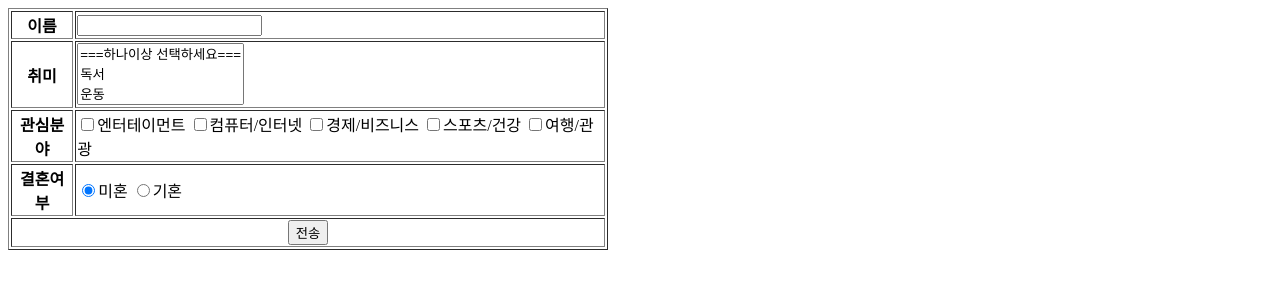
Repository: jeong3/Real_Time_Date
Page: http://localhost/jspRequest/getMethod1.jsp
The author's editor kept a copy of each file at every save. The page is drawn from the files as they stood at one save, then again after the next save.
The browser window is 1280 px wide. The pictures show the whole page.
The page is served by Tomcat 9.

Above is the page before, as saved 2024-08-30 06:22:20.

### eclipse/eclipse-workspace/jspRequest/src/main/webapp/getMethod1.jsp
<%@ page language="java" contentType="text/html; charset=UTF-8"
	pageEncoding="UTF-8"%>
<!DOCTYPE html>
<html>
<head>
<meta charset="UTF-8">
<title>Insert title here</title>
</head>
<body>
	<form action="requestValues.jsp" method="get">
		<table border="1" width="600px">
			<tr>
				<th>이름</th>
				<td><input type="text" name="userName" /></td>
			</tr>
			<tr>
				<th>취미</th>
				<td><select name="item" multiple="multiple" size="3">
						<option>===하나이상 선택하세요===</option>
						<option>독서</option>
						<option>운동</option>
						<option>음악</option>
						<option>바둑</option>

				</select></td>
			</tr>
			<tr>
				<th>관심분야</th>
				<td><input type="checkbox" name="cp" value="엔터테이먼트">엔터테이먼트
					<input type="checkbox" name="cp" value="컴퓨터/인터넷">컴퓨터/인터넷 <input
					type="checkbox" name="cp" value="경제/비즈니스">경제/비즈니스 <input
					type="checkbox" name="cp" value="스포츠/건강">스포츠/건강 <input
					type="checkbox" name="cp" value="여행/관광">여행/관광</td>
			</tr>
			<tr>
				<th>결혼여부</th>
				<td><input type="radio" name="M_Status" value="미혼" checked>미혼
					<input type="radio" name="M_Status" value="기혼">기혼</td>
			</tr>
			<tr>
				<th colspan="2"><input type="submit" value="전송"></th>
			</tr>
		</table>
	</form>
</body>
</html>

After the next save:
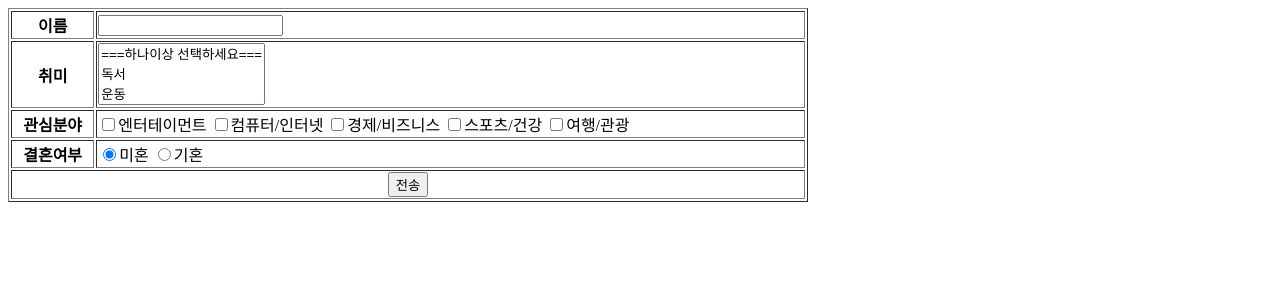
Saved 25 s later.
--- a/eclipse/eclipse-workspace/jspRequest/src/main/webapp/getMethod1.jsp
+++ b/eclipse/eclipse-workspace/jspRequest/src/main/webapp/getMethod1.jsp
@@ -8,7 +8,7 @@
 </head>
 <body>
 	<form action="requestValues.jsp" method="get">
-		<table border="1" width="600px">
+		<table border="1" width="800px">
 			<tr>
 				<th>이름</th>
 				<td><input type="text" name="userName" /></td>
